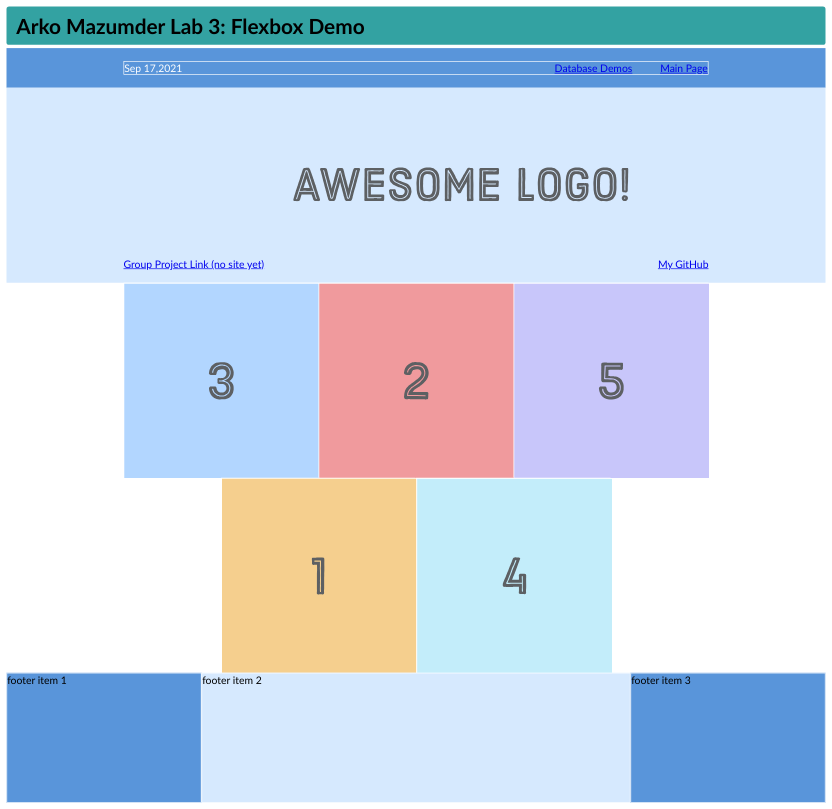
Repository: arkomz/INST377-Lab-Work
Page: client/lab_4/index.html
These files come from the project's save history. The page is drawn as it stood at one moment and after the next save; the edit follows.
The browser window is 1280 px wide. The pictures show the whole page, at 65% of full size.

Above is the page before, as saved 2021-09-26 21:38:46.

### client/lab_4/index.html
<!DOCTYPE html>
<html lang='en'>
  <head>
    <meta charset='UTF-8'/>
    <meta name = 'viewport'
    content='width=device-width, initial-scale=1.0, maximum-scale=0.5' />
    <title>Arko Mazumder</title>
    <link rel='stylesheet' href='styles.css'/>
  </head>
  <body>

    <div class = 'wrapper'>
    <h1 class='title'> Arko Mazumder Lab 3: Flexbox Demo</h1>
    <div class='menu-container'>
      <div class='menu'>
        <div class='date'>Sep 17,2021</div>

        <div class='signup'> <a href = 'data.html'> Database Demos</a> </div>
        <div class='login'> <a href = 'index.html'> Main Page</a> </div>

      </div>
      </div>

      <div class='header-container'>
            <div class='header'>
            <div class='subscribe'> <a href =  "https://INST377Group4.com"> Group Project Link (no site yet)</a></div>
            <div class='logo'><img src='images/awesome-logo.svg'/></div>
            <div class='social'> <a href = "https://github.com/arkomz"> My GitHub </a> </div>
          </div>
        </div>

    <div class='photo-grid-container'>
              <div class='photo-grid'>
                <div class='photo-grid-item'>
                    <img src='images/three.svg'/>
                  </div>
                <div class='photo-grid-item'>
                    <img src='images/two.svg'/>
                  </div>
                <div class='photo-grid-item'>
                    <img src='images/five.svg'/>
                  </div>
                <div class='photo-grid-item'>
                  <img src='images/one.svg'/>
                </div>
                <div class='photo-grid-item'>
                  <img src='images/four.svg'/>
                </div>
              </div>
            </div>

            <div class='footer'>
            <div class='footer-item Footer One footer-one'> footer item 1</div>
            <div class='footer-item footer-two'> footer item 2</div>
            <div class='footer-item footer-three'> footer item 3</div>
          </div>

    </div>
  </body>

### client/lab_4/styles.css
* {
    margin: 0;
    padding: 0;
    box-sizing: border-box;
  }

  .wrapper {
    display:flex;
    flex-direction: column;
    font-family: ‘Segoe UI’, Candara, ‘Bitstream Vera Sans’, ‘DejaVu Sans’, ‘Bitsream Vera Sans’, ‘Trebuchet MS’, Verdana, ‘Verdana Ref’, sans-serif;
    margin:10px;
  }


  .title{
    display: inline-block;
    background-color: rgba(0,139, 139,0.8);
    border-radius: 4px;
    padding: 10px 15px;
    margin: 0;
    margin-bottom: 5px;
  }

  .menu-container {
    color: #fff;
    background-color: #5995DA;  /* Blue */
    padding: 20px 0;
    display: flex;
    justify-content: center;
  }

  .menu {
    border: 1px solid #fff;
    width: 900px;
    display: flex;
    justify-content: space-between;
  }

  .links {
    border: 1px solid #fff;  /* For debugging */
    display: flex;
    justify-content: flex-end;
  }

  .login {
    margin-left: 20px;
  }

  .header-container {
    color: #5995DA;
    background-color: #D6E9FE;
    display: flex;
    justify-content: center;
  }

  .header {
    width: 900px;
    height: 300px;
    display: flex;
    justify-content: space-between;
    align-items: center;
  }

  .photo-grid-container {
    display: flex;
    justify-content: center;
  }

  .photo-grid {
    width: 900px;
    display: flex;
    justify-content: center;
    flex-wrap: wrap;
    flex-direction: row;
    align-items: center;
  }

  .photo-grid-item {
    border: 1px solid #fff;
    width: 300px;
    height: 300px;
  }

  .first-item {
    order: 1;
  }

  .last-item {
    order: -1;
  }

  .social,
  .subscribe {
    align-self: flex-end;
    margin-bottom: 20px;
    }

    .footer {
        display: flex;
        justify-content: space-between;
      }

  .footer-item {
    border: 1px solid #fff;
    background-color: #D6E9FE;
    height: 200px;
    flex: 1;
  }

  .footer-three {
    flex: 2;
  }

  .footer-one,
  .footer-three {
    background-color: #5995DA;
    flex: initial;
    width: 300px;
  }

  .signup {
    margin-left: 550px;
  }

  .carousel {
    overflow: hidden;
    max-width: 600px;
    position: relative;
  }

  .carousel .carousel__item,
  .carousel .carousel__item--hidden {
    display: none;
  }

  .carousel .carousel__item img {
    width: 100%;
    max-width: 600px;
    height: auto;
  }

  .carousel .carousel__item--visible {
    display: block;
    animation: fadeVisibility 0.5s;
  }

  .carousel .carousel__actions {
    display: flex;
    width: 100%;
    justify-content: space-between;
    position: absolute;
    top: 50%;
    transform: translateY(-50%);
  }

  .carousel .carousel__actions button {
    border-radius: 50px;
    border: 0;
    font-weight: bold;
    cursor: pointer;
    width: 40px;
    height: 40px;
  }

  .carousel .carousel__actions button#carousel__button--prev {
    margin-left: 20px;
  }

  .carousel .carousel__actions button#carousel__button--next {
    margin-right: 20px;
  }

  @keyframes fadeVisibility {
    0% {
      opacity: 0;
    }
    100% {
      opacity: 1;
      transform: opacity linear;
    }
  }

After the next save:
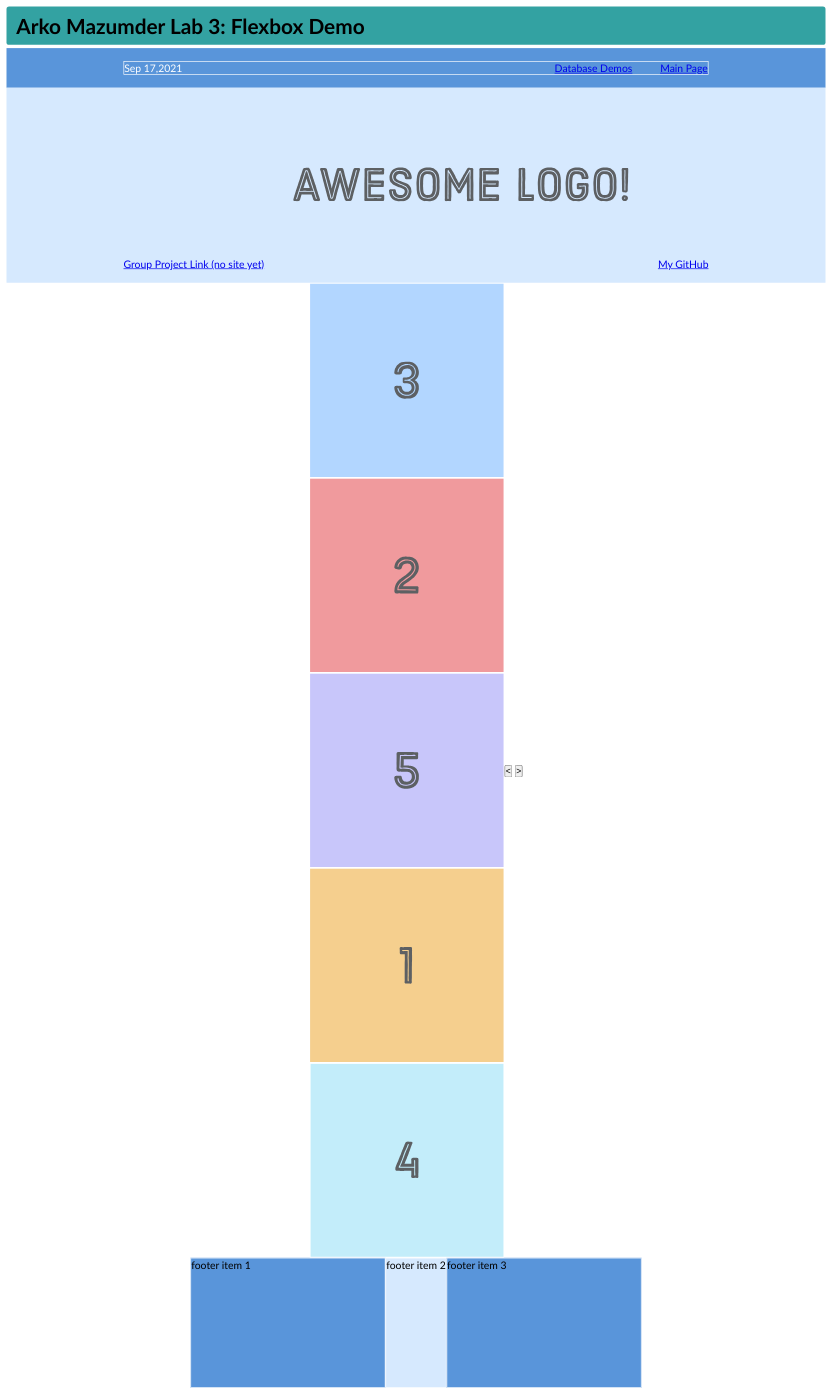
Saved 105 s later.
--- a/client/lab_4/index.html
+++ b/client/lab_4/index.html
@@ -31,6 +31,8 @@
 
     <div class='photo-grid-container'>
               <div class='photo-grid'>
+                <div class="carousel">
+                <div class="carousel__item carousel__item--visible">
                 <div class='photo-grid-item'>
                     <img src='images/three.svg'/>
                   </div>
@@ -49,6 +51,14 @@
               </div>
             </div>
 
+    <div class="carousel__actions">
+        <button id="carousel__button--prev" aria-label="Previous slide"><</button>
+        <button id="carousel__button--next" aria-label="Next slide">></button>
+        </div>
+
+
+
+
             <div class='footer'>
             <div class='footer-item Footer One footer-one'> footer item 1</div>
             <div class='footer-item footer-two'> footer item 2</div>
